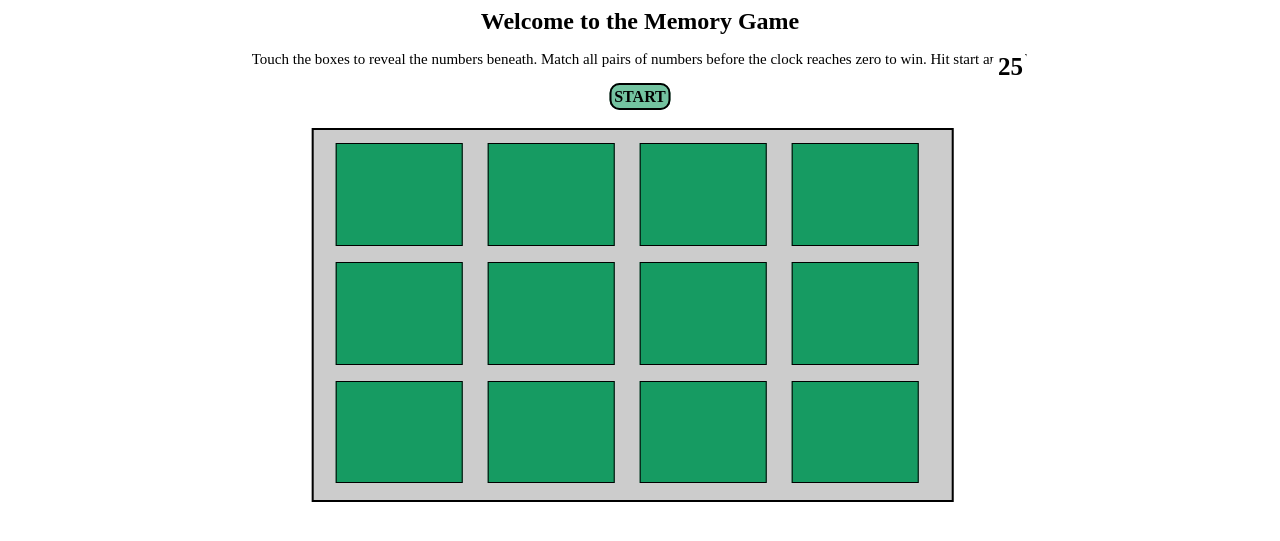
Repository: Code-Institute-Submissions/InteractiveMilestoneProject
Page: index.html
The author's editor kept a record of every edit. The page is drawn from the files as they stood at one moment, then again after the next edit.
The browser window is 1280 px wide. The pictures show the whole page.

Above is the page before.

After the next edit:
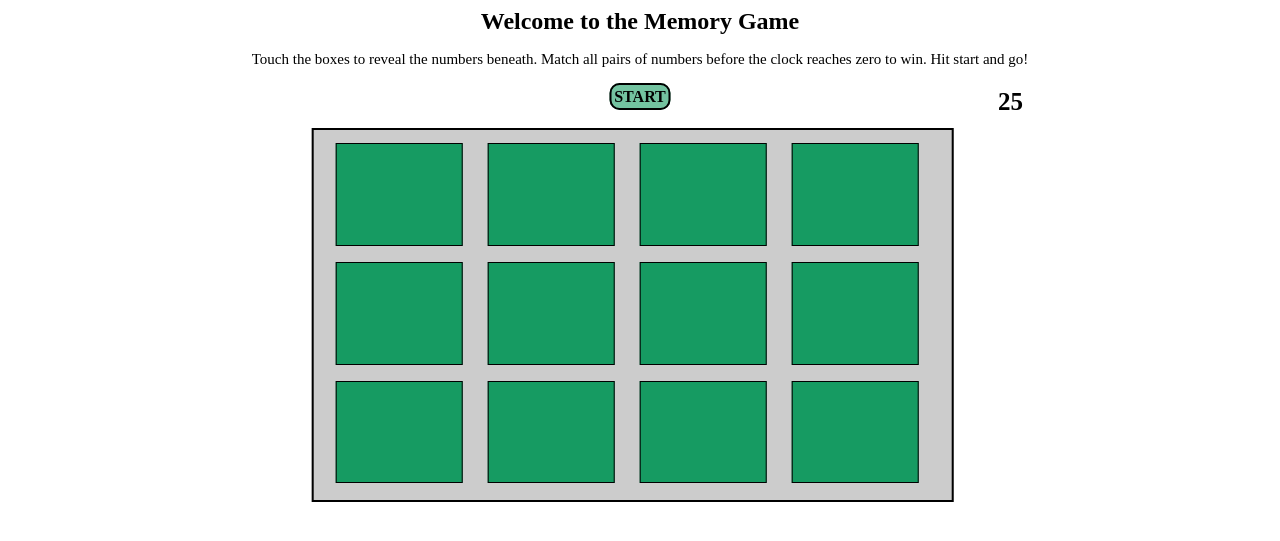
The edit:
--- a/css/style.css
+++ b/css/style.css
@@ -125,7 +125,7 @@
      }
       #cronometro {
 
-         top: 40px;
+         top: 75px;
 
 
      }
